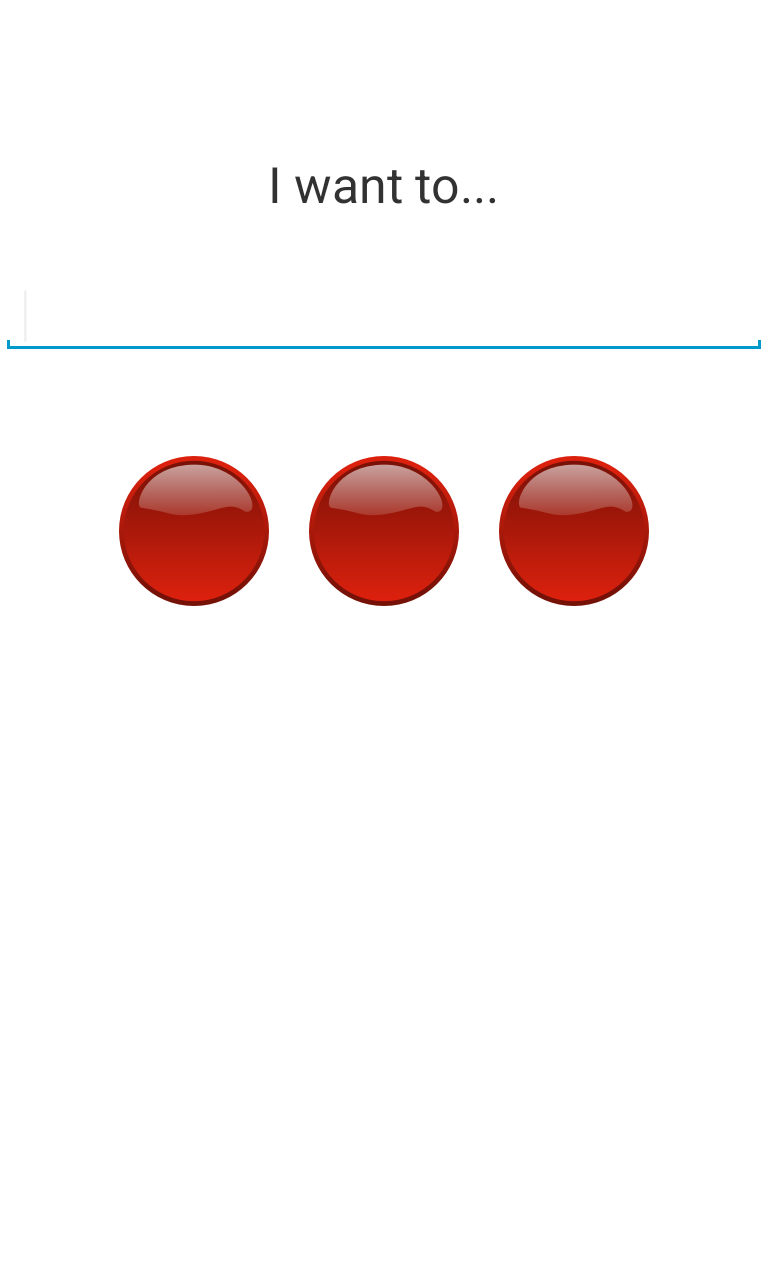
Repository: sbobra/women-startupweekend-sf
Layout: LaundryList/res/layout/activity_goal2.xml
These files come from the project's save history. The layout is drawn as it stood at one moment and after the next save; the edit follows.
It is drawn on a 768 x 1280 px phone screen (xhdpi) without system bars, with theme AppTheme; the app's code is not run.

Above is the layout before, as saved 2013-09-15 04:43:46.

After the next save:
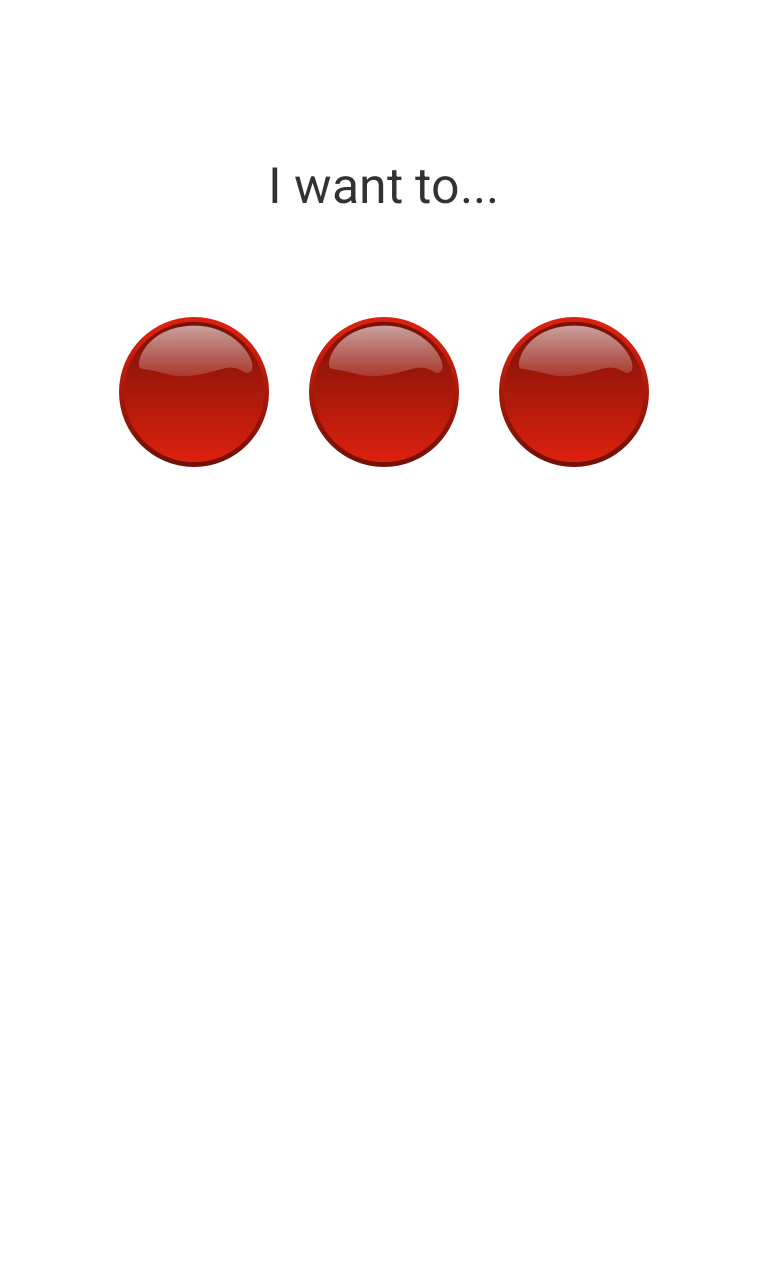
Saved 5 s later.
--- a/LaundryList/res/layout/activity_goal2.xml
+++ b/LaundryList/res/layout/activity_goal2.xml
@@ -13,16 +13,6 @@
         android:layout_marginTop="75dp"
         android:text="I want to..."
         android:textSize="25sp" />
-
-    <EditText
-        android:id="@+id/goalTextBox"
-        android:layout_width="wrap_content"
-        android:layout_height="wrap_content"
-        android:layout_marginTop="30dp"
-        android:ems="30" >
-
-        <requestFocus />
-    </EditText>
 
     <LinearLayout
         android:layout_width="wrap_content"
